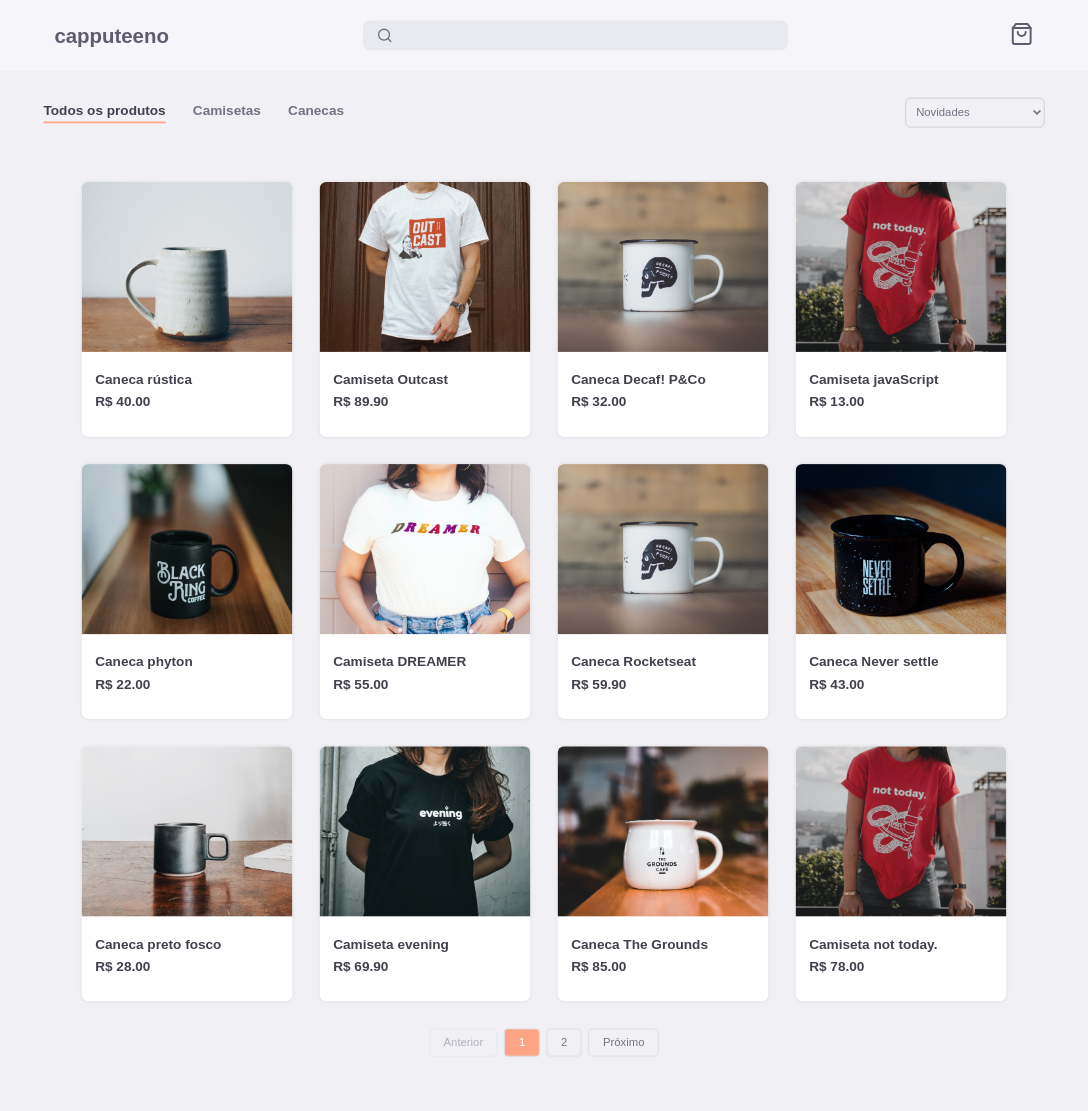
Repository: Biel-barbosa/capputeenoecomerce
Page: /
The author's editor kept a copy of each file at every save. The page is drawn from the files as they stood at one save, then again after the next save.
The browser window is 1280 px wide. The pictures show the whole page, at 85% of full size.
The project was rebuilt for these pictures with package versions that can differ from the ones it lists, and the page was loaded fresh each time. The framework's server and built-in components were replaced by stand-ins that run in the browser. Also part of the build but not shown: next.config.ts.

Above is the page before, as saved 2025-04-25 14:20:19.

### src/app/layout.tsx
import type { Metadata } from "next";
import { Geist, Geist_Mono } from "next/font/google";
import "./globals.css";
import { CartProvider } from "../contexts/CartContexts"; // Adicione a importação do CartProvider

const geistSans = Geist({
  variable: "--font-geist-sans",
  subsets: ["latin"],
});

const geistMono = Geist_Mono({
  variable: "--font-geist-mono",
  subsets: ["latin"],
});

export const metadata: Metadata = {
  title: "Create Next App",
  description: "Generated by create next app",
};

export default function RootLayout({
  children,
}: Readonly<{
  children: React.ReactNode;
}>) {
  return (
    <html lang="en">
      <body className={`${geistSans.variable} ${geistMono.variable}`}>

        <CartProvider>
          {children}
        </CartProvider>
      </body>
    </html>
  );
}

### src/app/page.tsx
'use client';

import { useState, useMemo } from 'react';
import styled from 'styled-components';
import Header from '../components/Header';
import { products as allProducts } from '../data/products';
import ProductsList from '@/components/ProductsList';

const Container = styled.main`
  width: 100%;
  padding: 2rem 4vw;
  background-color: #f0f0f5;
  min-height: 100vh;
  box-sizing: border-box;

  @media (max-width: 1024px) {
    padding: 2rem 3vw;
  }

  @media (max-width: 768px) {
    padding: 1.5rem 2vw;
  }

  @media (max-width: 480px) {
    padding: 1rem 2vw;
  }
`;

const FiltersWrapper = styled.div`
  display: flex;
  justify-content: space-between;
  align-items: center;
  flex-wrap: wrap;
  margin-bottom: 2rem;

  @media (max-width: 768px) {
    flex-direction: column;
    gap: 1rem;
  }
`;

const Categories = styled.div`
  display: flex;
  gap: 2rem;

  button {
    background: none;
    border: none;
    font-weight: 600;
    font-size: 1rem;
    cursor: pointer;
    border-bottom: 2px solid transparent;
    padding-bottom: 4px;
    transition: 0.2s;
    color: #737380;

    &.active {
      color: #41414d;
      border-color: #ffa585;
    }
  }

  @media (max-width: 768px) {
    gap: 1rem;
    justify-content: center;
  }
`;

const SortSelect = styled.select`
  background: #f0f0f5;
  color: #737380;
  padding: 0.5rem;
  border-radius: 6px;
  border: 1px solid #ccc;

  @media (max-width: 768px) {
    width: 100%;
  }
`;

const HomePage = () => {
  const [category, setCategory] = useState('all');
  const [searchTerm, setSearchTerm] = useState('');
  const [sortOption, setSortOption] = useState('newest');
  const [currentPage, setCurrentPage] = useState(1);

  const itemsPerPage = 12;

  const filteredProducts = useMemo(() => {
    let products = allProducts.filter((product) => {
      const matchesCategory = category === 'all' || product.category === category;
      const matchesSearch = product.title.toLowerCase().includes(searchTerm.toLowerCase());
      return matchesCategory && matchesSearch;
    });

    if (sortOption === 'price-asc') {
      products = products.sort((a, b) => a.price - b.price);
    } else if (sortOption === 'price-desc') {
      products = products.sort((a, b) => b.price - a.price);
    } else if (sortOption === 'bestsellers') {
      products = products.sort((a, b) => b.sales - a.sales);
    } else {
      products = products.sort((a, b) => new Date(b.createdAt).getTime() - new Date(a.createdAt).getTime());
    }

    return products;
  }, [category, searchTerm, sortOption]);

  const totalPages = Math.ceil(filteredProducts.length / itemsPerPage);
  const paginatedProducts = filteredProducts.slice(
    (currentPage - 1) * itemsPerPage,
    currentPage * itemsPerPage
  );

  return (
    <>
      <Header onSearch={setSearchTerm} />
      <Container>
        <FiltersWrapper>
          <Categories>
            {['all', 't-shirts', 'mugs'].map((cat) => (
              <button
                key={cat}
                className={category === cat ? 'active' : ''}
                onClick={() => {
                  setCategory(cat);
                  setCurrentPage(1);
                }}
              >
                {cat === 'all' ? 'Todos os produtos' : cat === 't-shirts' ? 'Camisetas' : 'Canecas'}
              </button>
            ))}
          </Categories>

          <SortSelect
            value={sortOption}
            onChange={(e) => {
              setSortOption(e.target.value);
              setCurrentPage(1);
            }}
          >
            <option value="newest">Novidades</option>
            <option value="price-desc">Preço: Maior - menor</option>
            <option value="price-asc">Preço: Menor - maior</option>
            <option value="bestsellers">Mais vendidos</option>
          </SortSelect>
        </FiltersWrapper>

        <ProductsList
          products={paginatedProducts}
          currentPage={currentPage}
          totalPages={totalPages}
          onPageChange={setCurrentPage}
        />
      </Container>
    </>
  );
};

export default HomePage;

### src/contexts/CartContexts.tsx
'use client';

import React, {
    createContext,
    useContext,
    useState,
    useEffect,
    ReactNode,
} from 'react';
import { Product } from '@/data/products';

export type CartItem = Product & { quantity: number };

export type CartContextType = {
    cart: CartItem[];
    addToCart: (product: Product) => void;
    removeFromCart: (id: string) => void;
    updateCart: (items: CartItem[]) => void;
    cartItemCount: number;
};

export const CartContext = createContext<CartContextType | undefined>(undefined);

export const CartProvider = ({ children }: { children: ReactNode }) => {
    const [cart, setCart] = useState<CartItem[]>([]);

    useEffect(() => {
        const stored = localStorage.getItem('cart');
        if (stored) {
            setCart(JSON.parse(stored));
        }
    }, []);

    const saveCart = (items: CartItem[]) => {
        setCart(items);
        localStorage.setItem('cart', JSON.stringify(items));
    };

    const addToCart = (product: Product) => {
        const existing = cart.find(item => item.id === product.id);

        let updatedCart: CartItem[];

        if (existing) {
            updatedCart = cart.map(item =>
                item.id === product.id
                    ? { ...item, quantity: item.quantity + 1 }
                    : item
            );
        } else {
            updatedCart = [...cart, { ...product, quantity: 1 }];
        }

        saveCart(updatedCart);
    };

    const removeFromCart = (id: string) => {
        const updatedCart = cart.filter(item => item.id !== id);
        saveCart(updatedCart);
    };

    const updateCart = (items: CartItem[]) => {
        saveCart(items);
    };

    const cartItemCount = cart.reduce((total, item) => total + item.quantity, 0);

    return (
        <CartContext.Provider
            value={{ cart, addToCart, removeFromCart, updateCart, cartItemCount }}
        >
            {children}
        </CartContext.Provider>
    );
};

export const useCart = () => {
    const context = useContext(CartContext);
    if (!context) {
        throw new Error('useCart must be used within a CartProvider');
    }
    return context;
};

### src/components/Header.tsx
'use client';

import styled from 'styled-components';
import { FiShoppingBag, FiSearch } from 'react-icons/fi';
import Link from 'next/link';
import { useCart } from '@/contexts/CartContexts';

type HeaderProps = {
  onSearch?: (value: string) => void;
};

// Estilos
const HeaderContainer = styled.header`
  width: 100%;
  padding: 1.5rem 4rem;
  display: flex;
  align-items: center;
  justify-content: space-between;
  background-color: #f5f5fa;
  box-sizing: border-box;

  @media (max-width: 1024px) {
    padding: 1.5rem 2rem;
  }

  @media (max-width: 768px) {
    flex-direction: column;
    align-items: stretch;
    gap: 1rem;
  }
`;

const Logo = styled.h1`
  font-size: 1.5rem;
  font-weight: 600;
  color: #5d5d6d;
  margin: 0;
  white-space: nowrap;
`;

const SearchWrapper = styled.div`
  flex: 1;
  max-width: 500px;
  display: flex;
  align-items: center;
  background: #e9e9f0;
  padding: 0.5rem 1rem;
  border-radius: 8px;

  svg {
    font-size: 1.2rem;
    color: #737380;
    margin-right: 0.5rem;
  }

  @media (max-width: 768px) {
    width: 100%;
  }
`;

const SearchInput = styled.input`
  border: none;
  background: transparent;
  flex: 1;
  font-size: 1rem;
  color: #737380;

  &:focus {
    outline: none;
  }
`;

const CartButton = styled.button`
  position: relative;
  background: none;
  border: none;
  cursor: pointer;
  margin-left: 2rem;

  svg {
    font-size: 1.75rem;
    color: #5d5d6d;
  }

  @media (max-width: 768px) {
    margin-left: 0;
    align-self: flex-end;
  }
`;

const CartCount = styled.span`
  position: absolute;
  top: -8px;
  right: -8px;
  background-color: #de3838;
  color: white;
  border-radius: 50%;
  font-size: 0.75rem;
  padding: 0.25rem 0.5rem;
  line-height: 1;
`;

const Header = ({ onSearch }: HeaderProps) => {
  const { cartItemCount } = useCart();

  return (
    <HeaderContainer>
      <Link href="/" passHref>
        <Logo>capputeeno</Logo>
      </Link>

      <SearchWrapper>
        <FiSearch />
        <SearchInput
          type="text"
          onChange={(e) => onSearch?.(e.target.value)}
        />
      </SearchWrapper>

      <Link href="/cart" passHref>
        <CartButton>
          <FiShoppingBag />
          {cartItemCount > 0 && <CartCount>{cartItemCount}</CartCount>}
        </CartButton>
      </Link>
    </HeaderContainer>
  );
};

export default Header;

### src/data/products.ts
export type Product = {
    id: string;
    title: string;
    image: string;
    price: number;
    category: 't-shirts' | 'mugs';
    description: string;
    createdAt: Date;
    sales: number;
};

export const products: Product[] = [
    {
        id: '1',
        title: 'Camiseta not today.',
        image: '/images/Camiseta-not-today.jpg',
        price: 78.0,
        category: 't-shirts',
        description: 'Aqui vem um texto descritivo do produto, esta caixa de texto servirá apenas de exemplo para que simule algum texto que venha a ser inserido nesse campo, descrevendo tal produto.',
        createdAt: new Date('2024-03-01'),
        sales: 30,
    },
    {
        id: '2',
        title: 'Caneca rústica',
        image: '/images/Caneca-ceramica-rustica.jpg',
        price: 40.0,
        category: 'mugs',
        description: 'Aqui vem um texto descritivo do produto, esta caixa de texto servirá apenas de exemplo para que simule algum texto que venha a ser inserido nesse campo, descrevendo tal produto.',
        createdAt: new Date('2024-04-10'),
        sales: 80,
    },
    {
        id: '3',
        title: 'Camiseta Broken Saints',
        image: '/images/Camiseta-broken-saints.jpg',
        price: 58.0,
        category: 't-shirts',
        description: 'Aqui vem um texto descritivo do produto, esta caixa de texto servirá apenas de exemplo para que simule algum texto que venha a ser inserido nesse campo, descrevendo tal produto.',
        createdAt: new Date('2024-01-15'),
        sales: 45,
    },
    {
        id: '4',
        title: 'Caneca Black Ring',
        image: '/images/Caneca-Black-Ring.jpg',
        price: 32.0,
        category: 'mugs',
        description: 'Aqui vem um texto descritivo do produto, esta caixa de texto servirá apenas de exemplo para que simule algum texto que venha a ser inserido nesse campo, descrevendo tal produto.',
        createdAt: new Date('2024-02-20'),
        sales: 60,
    },
    {
        id: '5',
        title: 'Camiseta Outcast',
        image: '/images/Camiseta-outcast.jpg',
        price: 89.9,
        category: 't-shirts',
        description: 'Aqui vem um texto descritivo do produto, esta caixa de texto servirá apenas de exemplo para que simule algum texto que venha a ser inserido nesse campo, descrevendo tal produto.',
        createdAt: new Date('2024-04-05'),
        sales: 50,
    },
    {
        id: '6',
        title: 'Caneca The Grounds',
        image: '/images/Caneca-The-Grounds.jpg',
        price: 85.0,
        category: 'mugs',
        description: 'Aqui vem um texto descritivo do produto, esta caixa de texto servirá apenas de exemplo para que simule algum texto que venha a ser inserido nesse campo, descrevendo tal produto.',
        createdAt: new Date('2024-03-10'),
        sales: 75,
    },
    {
        id: '7',
        title: 'Camiseta evening',
        image: '/images/Camiseta-evening.jpg',
        price: 69.9,
        category: 't-shirts',
        description: 'Aqui vem um texto descritivo do produto, esta caixa de texto servirá apenas de exemplo para que simule algum texto que venha a ser inserido nesse campo, descrevendo tal produto.',
        createdAt: new Date('2024-03-11'),
        sales: 62,
    },
    {
        id: '8',
        title: 'Caneca preto fosco',
        image: '/images/Caneca-preto-fosco.jpg',
        price: 28.0,
        category: 'mugs',
        description: 'Aqui vem um texto descritivo do produto, esta caixa de texto servirá apenas de exemplo para que simule algum texto que venha a ser inserido nesse campo, descrevendo tal produto.',
        createdAt: new Date('2024-03-12'),
        sales: 58,
    },
    {
        id: '9',
        title: 'Caneca Never settle',
        image: '/images/Caneca-Never-settle.jpg',
        price: 43.0,
        category: 'mugs',
        description: 'Aqui vem um texto descritivo do produto, esta caixa de texto servirá apenas de exemplo para que simule algum texto que venha a ser inserido nesse campo, descrevendo tal produto.',
        createdAt: new Date('2024-03-13'),
        sales: 54,
    },
    {
        id: '10',
        title: 'Caneca Rocketseat',
        image: '/images/Caneca-Decaf!-P&Co.jpg',
        price: 59.9,
        category: 'mugs',
        description: 'Aqui vem um texto descritivo do produto, esta caixa de texto servirá apenas de exemplo para que simule algum texto que venha a ser inserido nesse campo, descrevendo tal produto.',
        createdAt: new Date('2024-03-14'),
        sales: 48,
    },
    {
        id: '11',
        title: 'Camiseta DREAMER',
        image: '/images/Camiseta-DREAMER.jpg',
        price: 55.0,
        category: 't-shirts',
        description: 'Aqui vem um texto descritivo do produto, esta caixa de texto servirá apenas de exemplo para que simule algum texto que venha a ser inserido nesse campo, descrevendo tal produto.',
        createdAt: new Date('2024-03-15'),
        sales: 52,
    },
    {
        id: '12',
        title: 'Caneca Decaf! P&Co',
        image: '/images/Caneca-Decaf!-P&Co.jpg',
        price: 32.0,
        category: 'mugs',
        description: 'Aqui vem um texto descritivo do produto, esta caixa de texto servirá apenas de exemplo para que simule algum texto que venha a ser inserido nesse campo, descrevendo tal produto.',
        createdAt: new Date('2024-03-16'),
        sales: 70,
    },
    {
        id: '13',
        title: 'Camiseta javaScript',
        image: '/images/Camiseta-not-today.jpg',
        price: 13.0,
        category: 't-shirts',
        description: 'Aqui vem um texto descritivo do produto, esta caixa de texto servirá apenas de exemplo para que simule algum texto que venha a ser inserido nesse campo, descrevendo tal produto.',
        createdAt: new Date('2024-03-16'),
        sales: 70,
    },
    {
        id: '14',
        title: 'Caneca phyton',
        image: '/images/Caneca-Black-Ring.jpg',
        price: 22.0,
        category: 'mugs',
        description: 'Aqui vem um texto descritivo do produto, esta caixa de texto servirá apenas de exemplo para que simule algum texto que venha a ser inserido nesse campo, descrevendo tal produto.',
        createdAt: new Date('2024-03-16'),
        sales: 70,
    },
];

export function getProductById(id: string) {
    return products.find((product) => product.id === id);
}

### src/components/ProductsList.tsx
'use client';

import styled from 'styled-components';
import { Product } from '@/data/products';
import Link from 'next/link';

type Props = {
  products: Product[];
  currentPage: number;
  totalPages: number;
  onPageChange: (page: number) => void;
};

const Container = styled.main`
  flex: 1;
  background-color: #f0f0f5;
  padding: 2rem;
`;

const ProductsGrid = styled.div`
  display: grid;
  grid-template-columns: repeat(4, 248px);
  gap: 2rem;
  justify-content: center;

  @media (max-width: 1024px) {
    grid-template-columns: repeat(2, 1fr);
  }

  @media (max-width: 600px) {
    grid-template-columns: 1fr;
  }
`;

const ProductCard = styled.div`
  background-color: white;
  border-radius: 8px;
  width: 248px;
  height: 300px;
  box-shadow: 0 0 4px rgba(0, 0, 0, 0.1);
  display: flex;
  flex-direction: column;
  justify-content: space-between;
  overflow: hidden;
  cursor: pointer;
`;

const ProductImage = styled.img`
  width: 100%;
  height: 200px;
  object-fit: cover;
`;

const ProductInfo = styled.div`
  padding: 1rem;
  display: flex;
  flex-direction: column;
  justify-content: start;
  height: 156px;
`;

const ProductTitle = styled.h3`
  font-size: 1rem;
  color: #41414d;
  margin: 0.5rem 0;
`;

const ProductPrice = styled.span`
  font-weight: bold;
  color: #41414D;
`;

const PaginationContainer = styled.div`
  display: flex;
  justify-content: center;
  margin-top: 2rem;
  gap: 0.5rem;
`;

const PageButton = styled.button<{ $isActive: boolean }>`
  background: ${({ $isActive }) => ($isActive ? '#FFA585' : 'transparent')};
  border: 1px solid #dcdce5;
  color: ${({ $isActive }) => ($isActive ? '#fff' : '#737380')};
  padding: 0.5rem 1rem;
  border-radius: 4px;
  cursor: pointer;

  &:disabled {
    opacity: 0.5;
    cursor: not-allowed;
  }
`;

const ProductsList = ({ products, currentPage, totalPages, onPageChange }: Props) => {
  return (
    <Container>
      <ProductsGrid>
        {products.map((product) => (
          <Link href={`/product/${product.id}`} passHref key={product.id}>
            <ProductCard>
              <ProductImage src={product.image} alt={product.title} />
              <ProductInfo>
                <ProductTitle>{product.title}</ProductTitle>
                <ProductPrice>R$ {product.price.toFixed(2)}</ProductPrice>
              </ProductInfo>
            </ProductCard>
          </Link>
        ))}
      </ProductsGrid>

      <PaginationContainer>
        <PageButton onClick={() => onPageChange(currentPage - 1)} disabled={currentPage === 1} $isActive={false}>
          Anterior
        </PageButton>

        {[...Array(totalPages)].map((_, index) => {
          const page = index + 1;
          return (
            <PageButton
              key={page}
              onClick={() => onPageChange(page)}
              $isActive={currentPage === page}
            >
              {page}
            </PageButton>
          );
        })}

        <PageButton onClick={() => onPageChange(currentPage + 1)} disabled={currentPage === totalPages} $isActive={false}>
          Próximo
        </PageButton>
      </PaginationContainer>
    </Container>
  );
};

export default ProductsList;

Loaded but not shown: src/app/globals.css (common file)

After the next save:
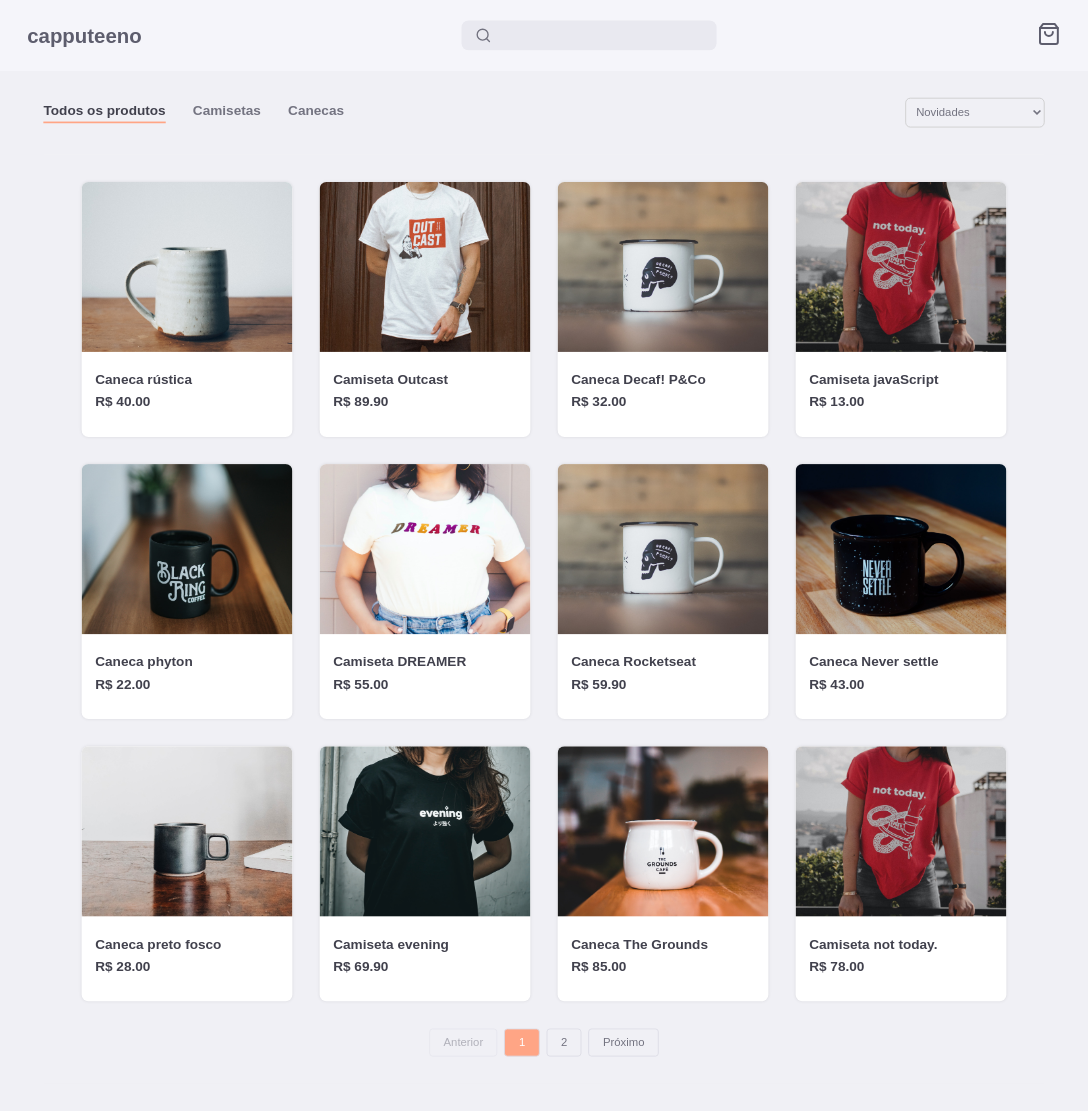
Saved 69 s later.
--- a/src/components/Header.tsx
+++ b/src/components/Header.tsx
@@ -12,20 +12,16 @@ type HeaderProps = {
 // Estilos
 const HeaderContainer = styled.header`
   width: 100%;
-  padding: 1.5rem 4rem;
+  padding: 1.5rem 2rem;
   display: flex;
   align-items: center;
   justify-content: space-between;
   background-color: #f5f5fa;
   box-sizing: border-box;
-
-  @media (max-width: 1024px) {
-    padding: 1.5rem 2rem;
-  }
+  gap: 2rem;
 
   @media (max-width: 768px) {
-    flex-direction: column;
-    align-items: stretch;
+    flex-wrap: wrap;
     gap: 1rem;
   }
 `;
@@ -39,8 +35,7 @@ const Logo = styled.h1`
 `;
 
 const SearchWrapper = styled.div`
-  flex: 1;
-  max-width: 500px;
+  flex: 0 1 300px;
   display: flex;
   align-items: center;
   background: #e9e9f0;
@@ -54,6 +49,7 @@ const SearchWrapper = styled.div`
   }
 
   @media (max-width: 768px) {
+    flex: 1;
     width: 100%;
   }
 `;
@@ -75,7 +71,6 @@ const CartButton = styled.button`
   background: none;
   border: none;
   cursor: pointer;
-  margin-left: 2rem;
 
   svg {
     font-size: 1.75rem;
@@ -83,7 +78,6 @@ const CartButton = styled.button`
   }
 
   @media (max-width: 768px) {
-    margin-left: 0;
     align-self: flex-end;
   }
 `;
@@ -111,10 +105,7 @@ const Header = ({ onSearch }: HeaderProps) => {
 
       <SearchWrapper>
         <FiSearch />
-        <SearchInput
-          type="text"
-          onChange={(e) => onSearch?.(e.target.value)}
-        />
+        <SearchInput type="text" onChange={(e) => onSearch?.(e.target.value)} />
       </SearchWrapper>
 
       <Link href="/cart" passHref>
